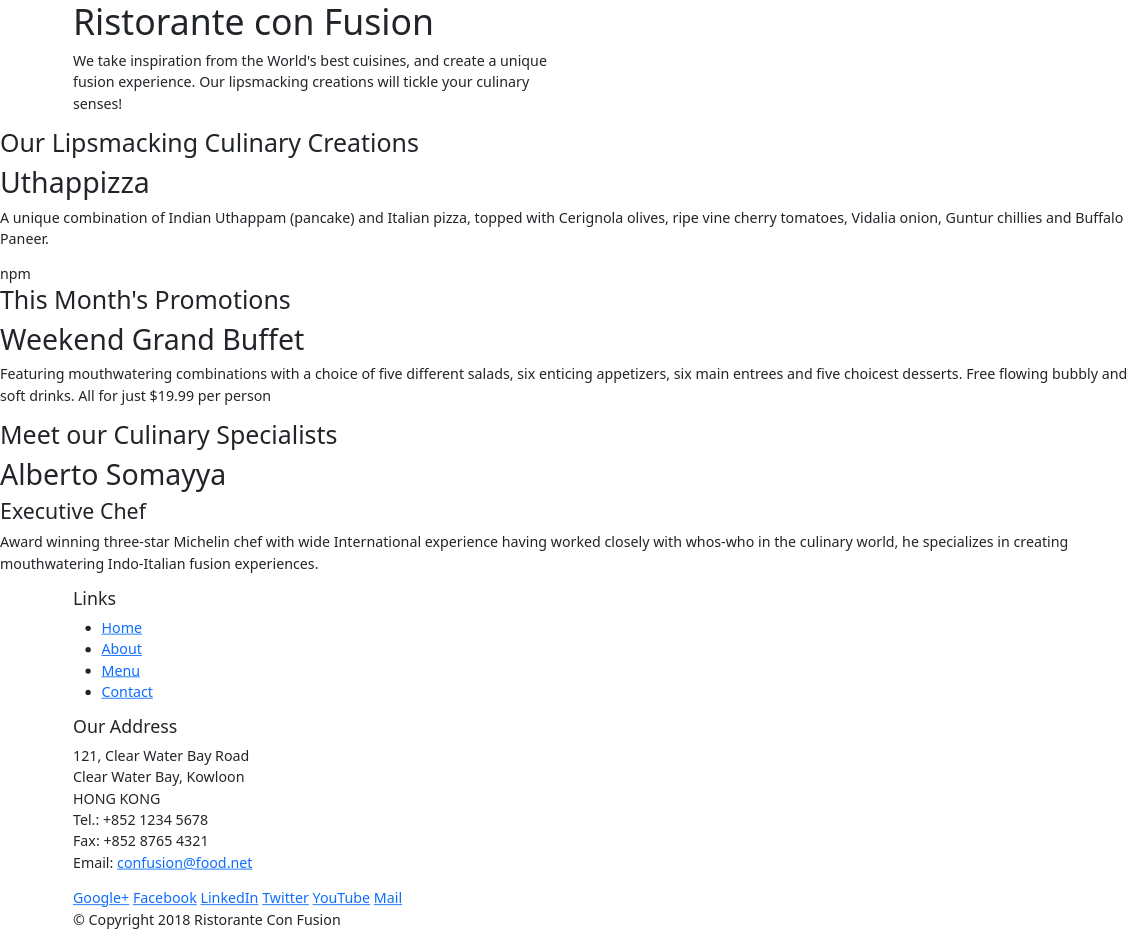
Repository: GiaBaooLe/Reactjs
Page: index.html
These files come from the project's save history. The page is drawn as it stood at one moment and after the next save; the edit follows.
The browser window is 1280 px wide. The pictures show the whole page, at 89% of full size.
Some web libraries are served in a nearby version.

Above is the page before, as saved 2023-09-12 13:46:45.

### index.html
<!DOCTYPE html>
<html lang="en">
  <head>

    <!-- Required meta tags always come first -->
    <meta charset="utf-8" />
    <meta
      name="viewport"
      content="width=device-width, initial-scale=1, shrink-to-fit=no"
    />
    <meta http-equiv="x-ua-compatible" content="ie=edge" />
    <!-- Bootstrap CSS -->
    <link
      rel="stylesheet"
      href="node_modules/bootstrap/dist/css/bootstrap.min.css"
    />

    <title>Ristorante Con Fusio</title>
  </head>

  <body>
    <header class="jumbotron">
        <div class="container">
            <div class="row">


          <div class="col-12 col-sm-6">
            <h1>Ristorante con Fusion</h1>
            <p>
              We take inspiration from the World's best cuisines, and create a
              unique fusion experience. Our lipsmacking creations will tickle
              your culinary senses!
            </p>
          </div>
          <div></div>
        </div>


    </div>
    </header>

    <div>
      <div >
        <div>
          <h3>Our Lipsmacking Culinary Creations</h3>
        </div>
        <div>
          <h2>Uthappizza</h2>
          <p>
            A unique combination of Indian Uthappam (pancake) and Italian pizza,
            topped with Cerignola olives, ripe vine cherry tomatoes, Vidalia
            onion, Guntur chillies and Buffalo Paneer.
          </p>
        </div>
      </div>
      npm

      <div>
        <div>
          <h3>This Month's Promotions</h3>
        </div>
        <div>
          <h2>Weekend Grand Buffet</h2>
          <p>
            Featuring mouthwatering combinations with a choice of five different
            salads, six enticing appetizers, six main entrees and five choicest
            desserts. Free flowing bubbly and soft drinks. All for just $19.99
            per person
          </p>
        </div>
      </div>

      <div>
        <div>
          <h3>Meet our Culinary Specialists</h3>
        </div>
        <div>
          <h2>Alberto Somayya</h2>
          <h4>Executive Chef</h4>
          <p>
            Award winning three-star Michelin chef with wide International
            experience having worked closely with whos-who in the culinary
            world, he specializes in creating mouthwatering Indo-Italian fusion
            experiences.
          </p>
        </div>
      </div>
    </div>

    <footer>
      <div class="container">
        <div class="row">
          <div>
            <h5>Links</h5>
            <ul>
              <li><a href="#">Home</a></li>
              <li><a href="#">About</a></li>
              <li><a href="#">Menu</a></li>
              <li><a href="#">Contact</a></li>
            </ul>
          </div>
          <div>
            <h5>Our Address</h5>
            <address>
              121, Clear Water Bay Road<br />
              Clear Water Bay, Kowloon<br />
              HONG KONG<br />
              Tel.: +852 1234 5678<br />
              Fax: +852 8765 4321<br />
              Email: <a href="mailto:confusion@food.net">confusion@food.net</a>
            </address>
          </div>
          <div>
            <div>
              <a href="http://google.com/+">Google+</a>
              <a href="http://www.facebook.com/profile.php?id=">Facebook</a>
              <a href="http://www.linkedin.com/in/">LinkedIn</a>
              <a href="http://twitter.com/">Twitter</a>
              <a href="http://youtube.com/">YouTube</a>
              <a href="mailto:">Mail</a>
            </div>
          </div>
        </div>
        <div>
          <div>
            <p>© Copyright 2018 Ristorante Con Fusion</p>
          </div>
        </div>
      </div>
    </footer>
  </body>
  <script src="node_modules/jquery/dist/jquery.slim.min.js"></script>
  <script src="node_modules/popper.js/dist/umd/popper.min.js"></script>
  <script src="node_modules/bootstrap/dist/js/bootstrap.min.js"></script>
</html>

After the next save:
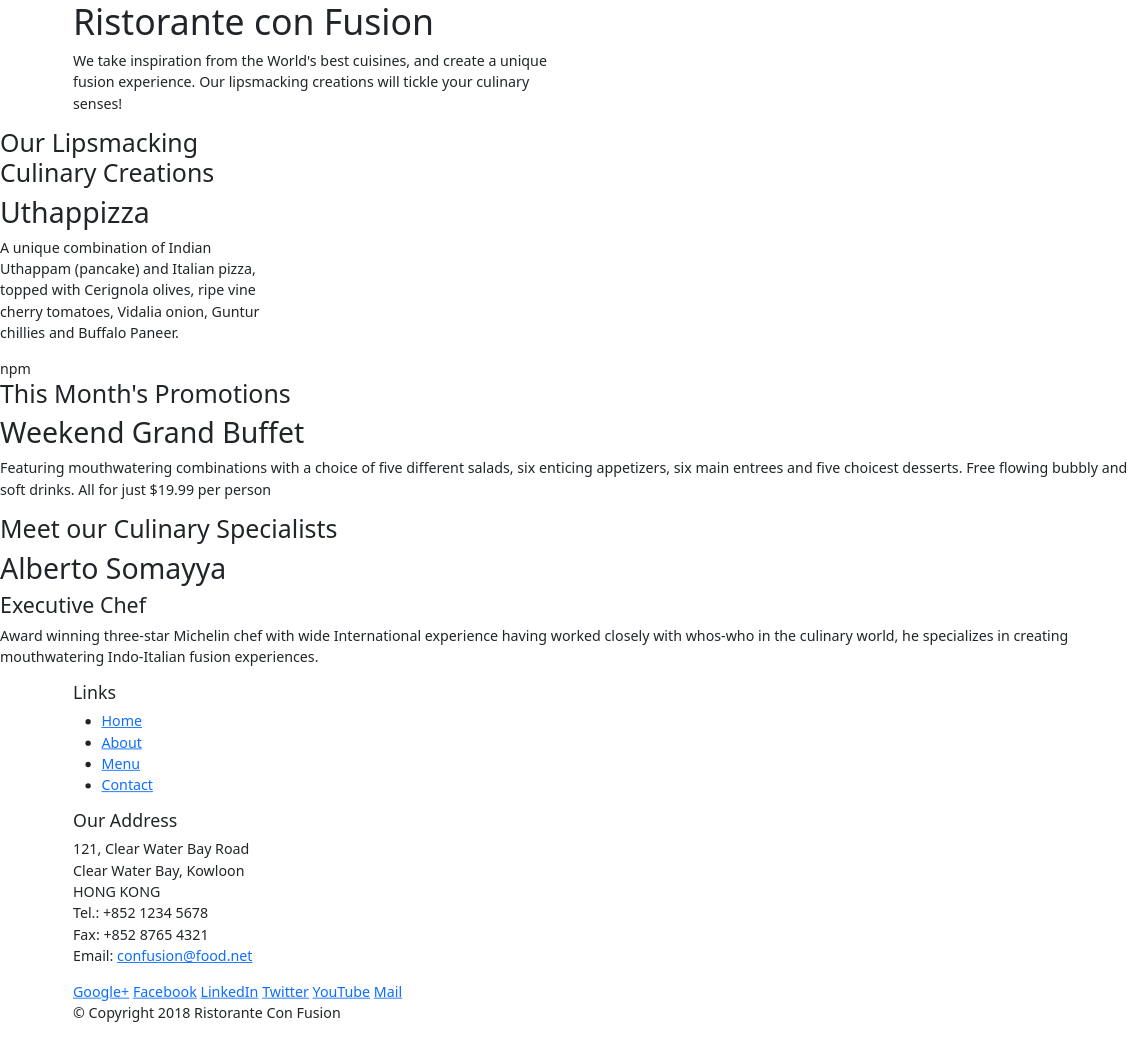
Saved 10 s later.
--- a/index.html
+++ b/index.html
@@ -40,7 +40,7 @@
     </header>
 
     <div>
-      <div >
+      <div class="col-12 col-sm-4 col-md-3">
         <div>
           <h3>Our Lipsmacking Culinary Creations</h3>
         </div>

After the save that followed:
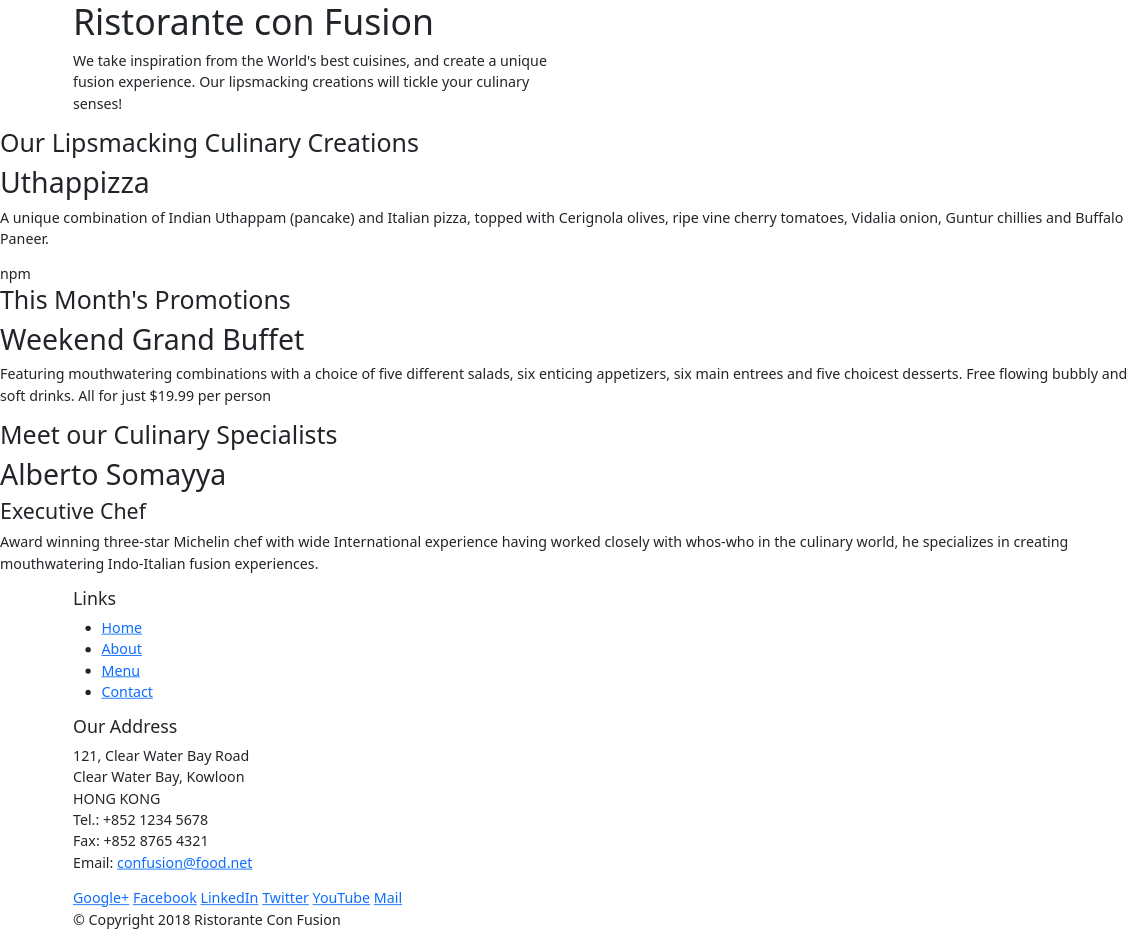
Saved 34 s later.
--- a/index.html
+++ b/index.html
@@ -40,7 +40,7 @@
     </header>
 
     <div>
-      <div class="col-12 col-sm-4 col-md-3">
+      <div>
         <div>
           <h3>Our Lipsmacking Culinary Creations</h3>
         </div>
